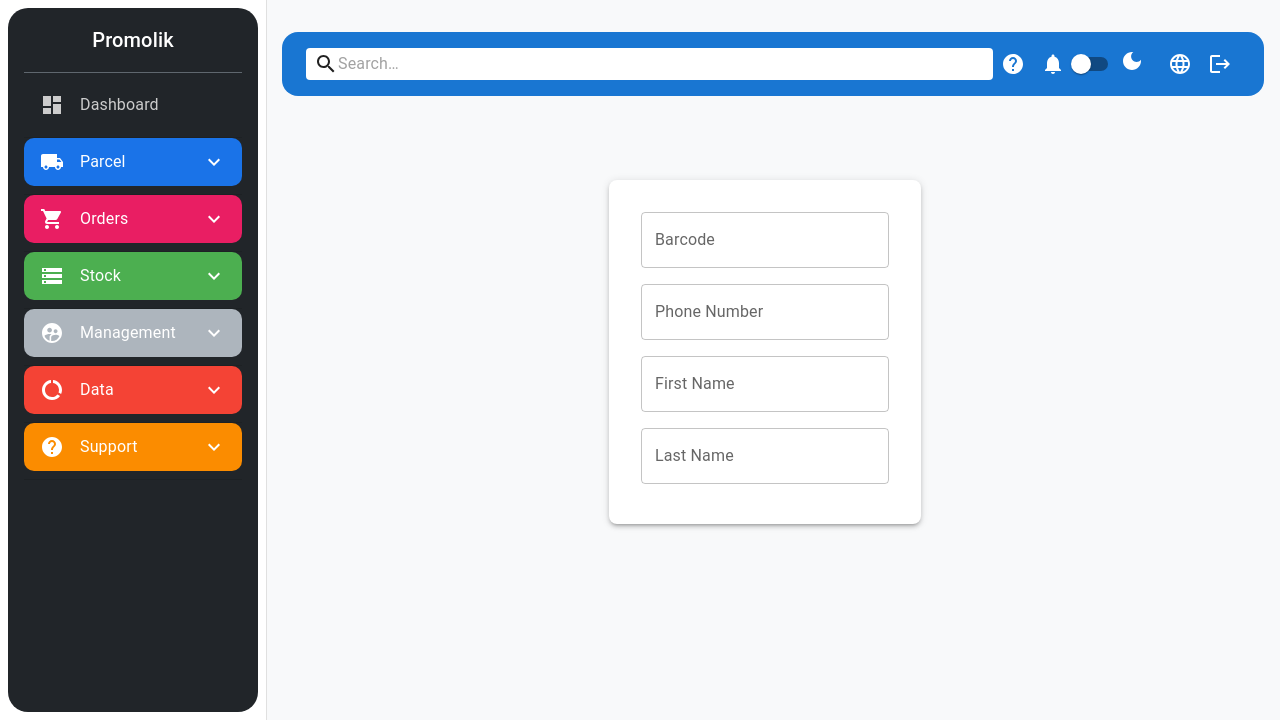
Repository: yosrjdly/stk
Page: /parcel/search (app in dashboard/)
An editor plug-in stored every save of this project. The page is shown before and after the next save, followed by the edit.
The browser window is 1280 px wide. The pictures show the whole page.
The project was rebuilt for these pictures with package versions that can differ from the ones it lists, and the page was loaded fresh each time. The framework's server and built-in components were replaced by stand-ins that run in the browser. Also part of the build but not shown: dashboard/next.config.ts.

Above is the page before, as saved 2025-02-16 16:19:01.

### dashboard/src/app/parcel/search/page.tsx
import Layout from '@/app/dashboard/Layout'
import SearchCard from '@/componenets/cards/SearcheCard/SearcheCard'

const page = () => {
  return (
    <Layout>
        <div style={{ display: 'flex', justifyContent: 'center', padding: '20px' }}>
      <SearchCard />
    </div>

    </Layout>
  )
}

export default page

### dashboard/src/app/dashboard/Layout.tsx
"use client";

import { Box, CssBaseline, Toolbar } from "@mui/material";
import Sidebar from "../../componenets/sidebar/SideBar";
import Navbar from "../../componenets/navbar/Navbar"; // Assuming you have a Navbar component
import { ReactNode } from "react";

interface LayoutProps {
  children: ReactNode;
}

export default function Layout({ children }: LayoutProps) {
  return (
    <Box sx={{ display: "flex" }}>
      <CssBaseline />

      {/* Sidebar (Permanent) */}
      <Sidebar />

      {/* Main Content Area */}
      <Box
        component="main"
        sx={{

          flexGrow: 1,
          p: 3,
          width: `calc(100% - 250px)`, // Adjusting main content width to fit sidebar
          backgroundColor: "#f8f9fa",
          minHeight: "100vh",
        }}
      >
        {/* Navbar */}
        <Navbar />

        {/* Page Content */}
        <Toolbar /> {/* Keeps content from being hidden behind Navbar */}
        {children}
      </Box>
    </Box>
  );
}

### dashboard/src/componenets/cards/SearcheCard/SearcheCard.tsx
// components/SearchCard.tsx
import React from 'react';
import { TextField, Card, CardContent, Box } from '@mui/material';

const SearchCard = () => {
  return (
    <Card
      sx={{
        maxWidth: 400,
        borderRadius: 2,
        backgroundColor: 'white',
        boxShadow: 3,
        p: 2,
      }}
    >
      <CardContent>
        <Box
          component="form"
          sx={{
            display: 'flex',
            flexDirection: 'column',
            gap: 2,
          }}
        >
          <TextField
            label="Barcode"
            variant="outlined"
            placeholder="Enter barcode"
            fullWidth
            sx={{
              borderRadius: '8px',
            }}
          />
          <TextField
            label="Phone Number"
            variant="outlined"
            placeholder="Enter phone number"
            fullWidth
            sx={{
              borderRadius: '8px',
            }}
          />
          <TextField
            label="First Name"
            variant="outlined"
            placeholder="Enter first name"
            fullWidth
            sx={{
              borderRadius: '8px',
            }}
          />
          <TextField
            label="Last Name"
            variant="outlined"
            placeholder="Enter last name"
            fullWidth
            sx={{
              borderRadius: '8px',
            }}
          />
        </Box>
      </CardContent>
    </Card>
  );
};

export default SearchCard;

### dashboard/src/componenets/sidebar/SideBar.tsx
"use client";

import { useState } from "react";
import { useRouter, usePathname } from "next/navigation";
import {
  Drawer,
  List,
  ListItemButton,
  ListItemText,
  Collapse,
  Divider,
  Typography,
  Box,
  IconButton,
} from "@mui/material";
import { ExpandLess, ExpandMore, Brightness4, Brightness7 } from "@mui/icons-material";
import DashboardIcon from '@mui/icons-material/Dashboard';
import LocalShippingIcon from '@mui/icons-material/LocalShipping';
import ShoppingCartIcon from '@mui/icons-material/ShoppingCart';
import StorageIcon from '@mui/icons-material/Storage';
import SupervisedUserCircleIcon from '@mui/icons-material/SupervisedUserCircle';
import DataUsageIcon from '@mui/icons-material/DataUsage';
import HelpIcon from '@mui/icons-material/Help';

const menuItems = [
  {
    title: "Dashboard",
    path: "/dashboard",
    color: "#6c757d",
    icon: <DashboardIcon />,
  },
  {
    title: "Parcel",
    subItems: [
      { title: "Statistique", path: "/parcel/statistical" },

      { title: "Exchange List", path: "/parcel/exchangeList" },
      { title: "Search", path: "/parcel/search" },

      { title: "Exchange Return", path: "/dashboard/parcel/exchangeReturn" },
      { title: "Exchange Creation", path: "/dashboard/parcel/exchangeCreation" },
      { title: "Package Creation", path: "/dashboard/parcel/packageCreation" },
      { title: "Package Edit", path: "/dashboard/parcel/packageEdit" },
      { title: "Package List", path: "/dashboard/parcel/packageList" },
      { title: "Parcel Return", path: "/dashboard/parcel/parcelReturn" },

    ],
    color: "#1a73e8",
    icon: <LocalShippingIcon />,
  },
  {
    title: "Orders",
    subItems: [
      { title: "Cash Sale", path: "/dashboard/orders/cashSale" },
      { title: "Orders", path: "/dashboard/orders/orders" },
    ],
    color: "#e91e63",
    icon: <ShoppingCartIcon />,
  },
  {
    title: "Stock",
    subItems: [
      { title: "Add Article", path: "/dashboard/stock/addArticle" },
      { title: "Entred Stock", path: "/dashboard/stock/entredStock" },
      { title: "Notification", path: "/dashboard/stock/notification" },
      { title: "Stock", path: "/dashboard/stock/stock" },
    ],
    color: "#4caf50",
    icon: <StorageIcon />,
  },
  {
    title: "Management",
    subItems: [
      { title: "Delivery Company", path: "/manegement/deliveryCompany" },
      { title: "Profile", path: "/dashboard/management/profile" },
      { title: "Profit", path: "/dashboard/management/profit" },
      { title: "Spending", path: "/dashboard/management/spending" },
      { title: "User", path: "/dashboard/management/user" },
    ],
    color: "#adb5bd",
    icon: <SupervisedUserCircleIcon />,
  },
  {
    title: "Data",
    subItems: [
      { title: "Archived Parcel", path: "/dashboard/data/archivedParcel" },
      { title: "Command Deleted", path: "/dashboard/data/commandDeleted" },
      { title: "Deleted Parcel", path: "/dashboard/data/deletedParcel" },
      { title: "Inventory Removed", path: "/dashboard/data/inventoryRemoved" },
    ],
    color: "#f44335",
    icon: <DataUsageIcon />,
  },
  {
    title: "Support",
    subItems: [
      { title: "About Us", path: "/dashboard/support/aboutUs" },
      { title: "Claims", path: "/dashboard/support/claims" },
      { title: "User Guide", path: "/dashboard/support/userGuide" },
    ],
    color: "#fb8c00",
    icon: <HelpIcon />,
  },
];

export default function Sidebar() {
  const router = useRouter();
  const pathname = usePathname();
  const [openSections, setOpenSections] = useState<Record<string, boolean>>({});

  const toggleSection = (title: string) => {
    setOpenSections((prev) => ({
      ...prev,
      [title]: !prev[title],
    }));
  };

  return (
    <Drawer variant="permanent" sx={{ width: 250, flexShrink: 0, marginTop: 2 }}>
      <Box sx={{ height: "100%", width: 250, padding: 2, backgroundColor: "#212529", borderRadius: 5, margin: 1 }}>
        <Typography variant="h6" sx={{ color: "white", textAlign: "center", mb: 2 }}>
          Promolik
        </Typography>
        <Divider sx={{ backgroundColor: "#6c757d" }} />
        <List>
          {menuItems.map((item, index) => {
            const isParentActive = item.subItems?.some((subItem) => pathname === subItem.path);

            return (
              <div key={index}>
                {item.subItems ? (
                  <>
                    <ListItemButton
                      sx={{
                        backgroundColor: item.color,
                        borderRadius: "10px",
                        marginBottom: 1,
                        color: "white",
                      }}
                      onClick={() => toggleSection(item.title)}
                    >
                      {item.icon}
                      <ListItemText primary={item.title} sx={{ ml: 2 }} />
                      {openSections[item.title] ? <ExpandLess /> : <ExpandMore />}
                    </ListItemButton>
                    <Collapse in={openSections[item.title]} timeout="auto" unmountOnExit>
                      <List component="div" disablePadding>
                        {item.subItems.map((subItem, subIndex) => (
                          <ListItemButton
                            key={subIndex}
                            sx={{
                              pl: 4,
                              backgroundColor: pathname === subItem.path ? item.color : "transparent",
                              borderRadius: pathname === subItem.path ? "10px" : "0px",
                              marginBottom: 1,
                              color: pathname === subItem.path ? "white" : "#ccc",
                            }}
                            onClick={() => router.push(subItem.path)}
                          >
                            <ListItemText primary={subItem.title} />
                          </ListItemButton>
                        ))}
                      </List>
                    </Collapse>
                  </>
                ) : (
                  <ListItemButton
                    sx={{
                      backgroundColor: pathname === item.path ? item.color : "transparent",
                      borderRadius: pathname === item.path ? "10px" : "0px",
                      marginBottom: 1,
                      color: pathname === item.path ? "white" : "#ccc",
                    }}
                    onClick={() => router.push(item.path)}
                  >
                    {item.icon}
                    <ListItemText primary={item.title} sx={{ ml: 2 }} />
                  </ListItemButton>
                )}
                <Divider />
              </div>
            );
          })}
        </List>
      </Box>
    </Drawer>
  );
}

### dashboard/src/componenets/navbar/Navbar.tsx
'use client';

import React, { useState } from 'react';
import { AppBar, Toolbar, IconButton, InputBase, Menu, MenuItem, Switch, FormControlLabel } from '@mui/material';
import { Search as SearchIcon, Help as HelpIcon, Notifications as NotificationsIcon, Language as LanguageIcon, Logout as LogoutIcon, DarkMode as DarkModeIcon } from '@mui/icons-material';
import { useTheme } from '@mui/material/styles';

const Navbar = () => {
  const [anchorEl, setAnchorEl] = useState(null);
  const [themeMode, setThemeMode] = useState(false); // Dark mode state

  const theme = useTheme();

  const handleMenuOpen = (event) => {
    setAnchorEl(event.currentTarget);
  };

  const handleMenuClose = () => {
    setAnchorEl(null);
  };

  const toggleTheme = () => {
    setThemeMode((prev) => !prev);
    // You can add a theme switcher logic here (like changing the theme color)
  };

  return (
    <AppBar
      position="sticky"
      sx={{
        mx: 1,
        mt: 1,
        borderRadius: '16px',
        boxShadow: 'none',
        backdropFilter: 'blur(10ppx',
        zIndex: 1200,
      }}
    >
      <Toolbar>
        {/* Search Bar */}
        <InputBase
          placeholder="Search…"
          startAdornment={<SearchIcon />}
          sx={{ flexGrow: 1, backgroundColor: theme.palette.background.default, borderRadius: '4px', paddingLeft: '8px' }}
        />

        {/* Help Icon */}
        <IconButton color="inherit" onClick={handleMenuOpen}>
          <HelpIcon />
        </IconButton>

        {/* Notifications Icon */}
        <IconButton color="inherit">
          <NotificationsIcon />
        </IconButton>

        {/* Theme Switch */}
        <FormControlLabel
          control={<Switch checked={themeMode} onChange={toggleTheme} />}
          label={<DarkModeIcon />}
        />

        {/* Language Icon */}
        <IconButton color="inherit">
          <LanguageIcon />
        </IconButton>

        {/* Logout Icon */}
        <IconButton color="inherit">
          <LogoutIcon />
        </IconButton>
      </Toolbar>

      {/* Help Icon Menu */}
      <Menu
        anchorEl={anchorEl}
        open={Boolean(anchorEl)}
        onClose={handleMenuClose}
      >
        <MenuItem onClick={handleMenuClose}>Help Center</MenuItem>
        <MenuItem onClick={handleMenuClose}>Contact Support</MenuItem>
      </Menu>
    </AppBar>
  );
};

export default Navbar;

Loaded but not shown: dashboard/src/app/layout.tsx (common file); dashboard/src/app/globals.css (common file)

After the next save:
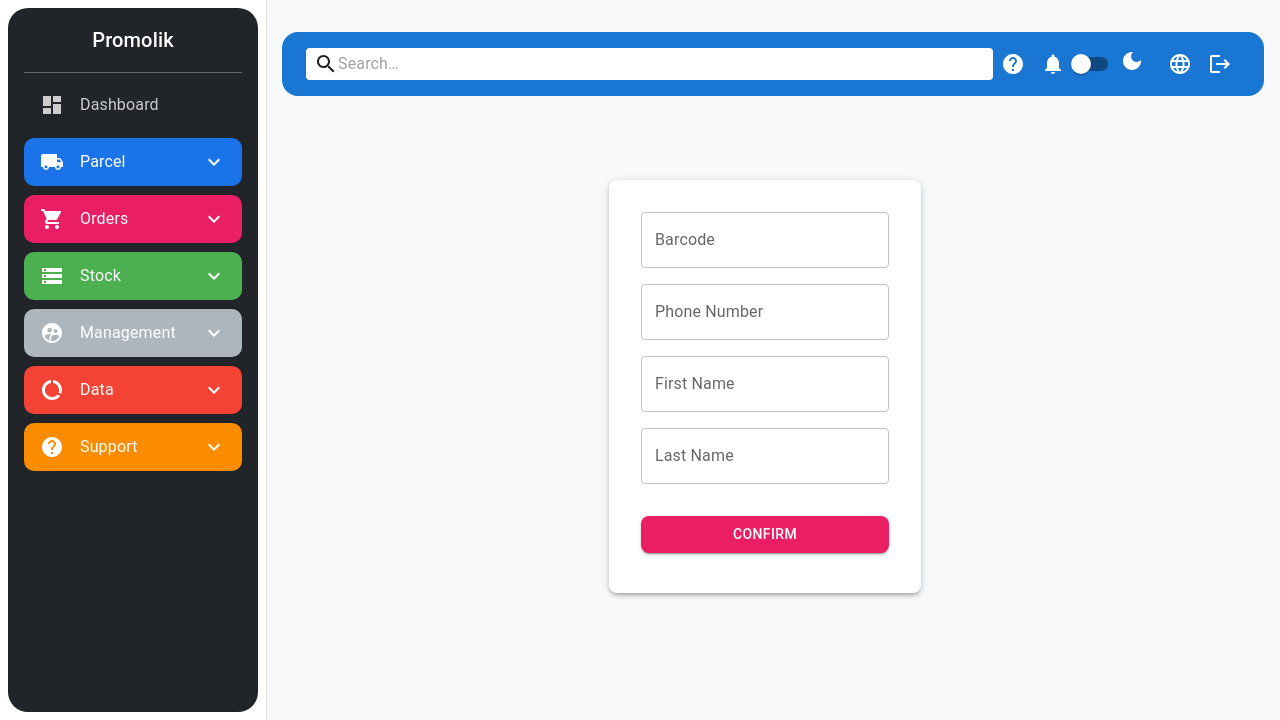
Saved 64 s later.
--- a/dashboard/src/componenets/cards/SearcheCard/SearcheCard.tsx
+++ b/dashboard/src/componenets/cards/SearcheCard/SearcheCard.tsx
@@ -1,6 +1,6 @@
 // components/SearchCard.tsx
 import React from 'react';
-import { TextField, Card, CardContent, Box } from '@mui/material';
+import { TextField, Card, CardContent, Box, Button } from '@mui/material';
 
 const SearchCard = () => {
   return (
@@ -58,6 +58,20 @@ const SearchCard = () => {
               borderRadius: '8px',
             }}
           />
+          <Button
+            variant="contained"
+            sx={{
+              backgroundColor: '#E91E63', // Pink color
+              color: 'white',
+              borderRadius: '8px',
+              marginTop: 2,
+              '&:hover': {
+                backgroundColor: '#C2185B', // Darker pink on hover
+              },
+            }}
+          >
+            Confirm
+          </Button>
         </Box>
       </CardContent>
     </Card>
